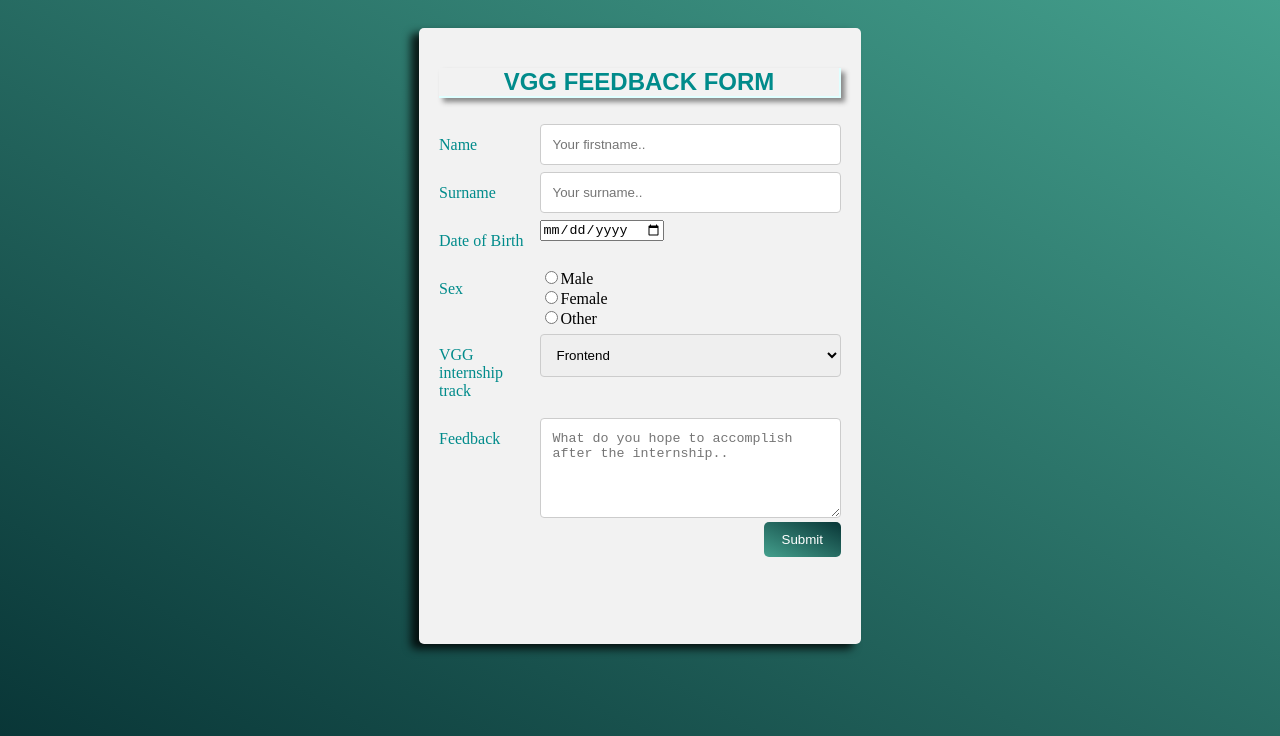
Repository: iphyokafor/VGG-Feedback-form
Page: index2.html
The author's editor kept a copy of each file at every save. The page is drawn from the files as they stood at one save, then again after the next save.
The browser window is 1280 px wide. The pictures show the whole page.

Above is the page before, as saved 2020-01-13 01:52:25.

After the next save:
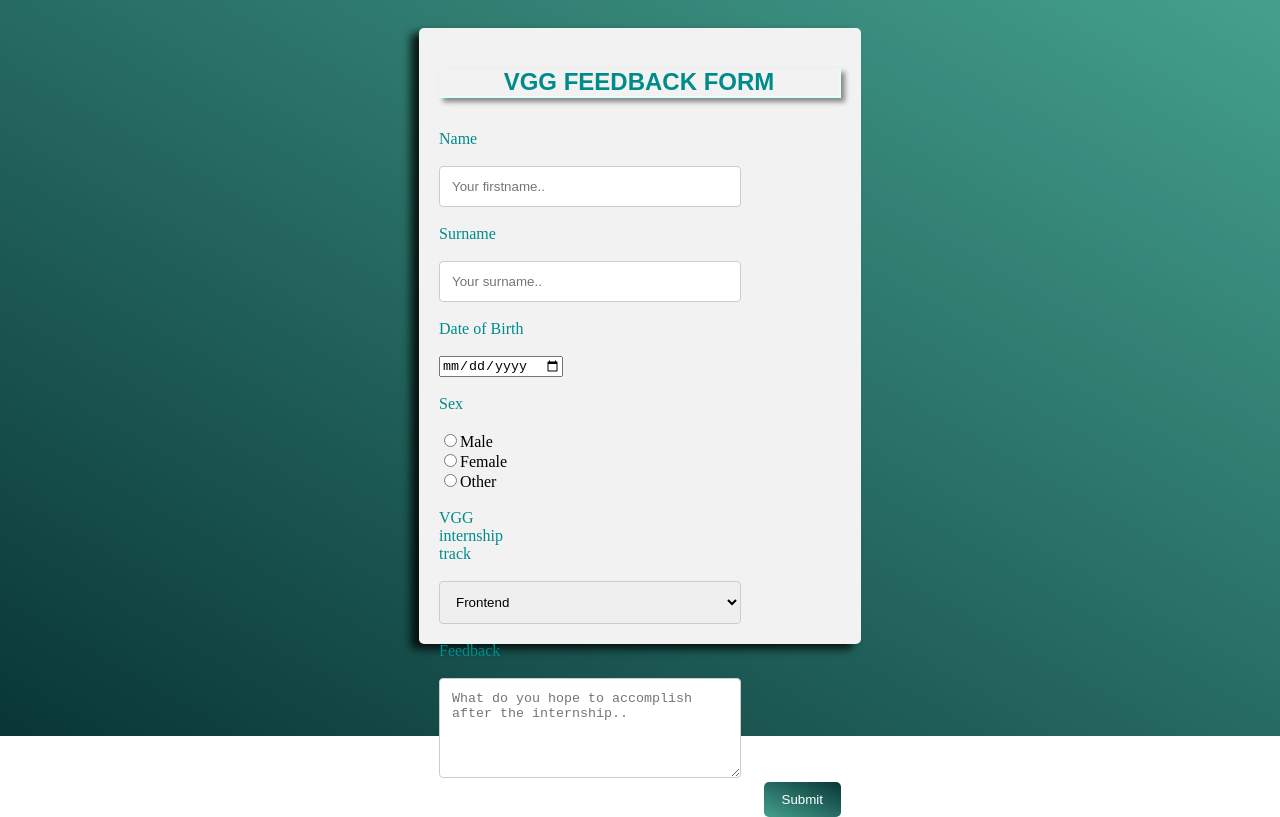
Saved 2 min 45 s later.
--- a/main.css
+++ b/main.css
@@ -74,7 +74,10 @@ label {
 /* Floating column for labels: 25% width */
 
 .column1 {
-    float: left;
+    display: flex;
+    flex-flow: row;
+    justify-content: flex-start;
+    /* float: left; */
     width: 25%;
     margin-top: 6px;
     color: darkcyan;
